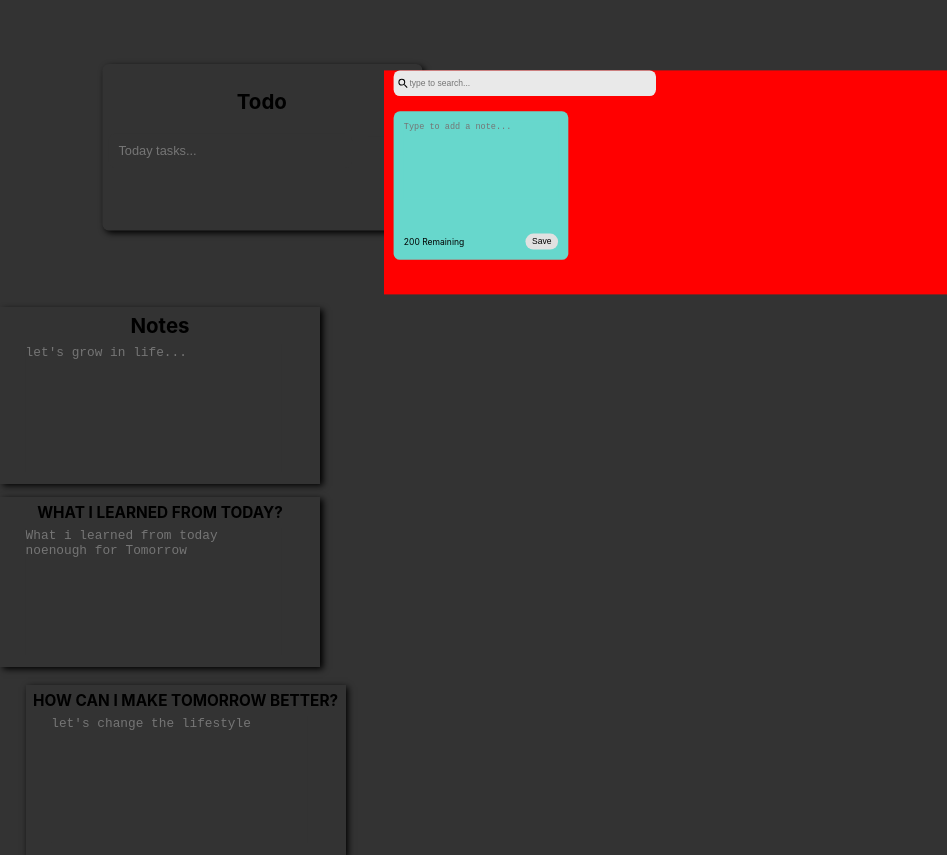
Repository: subhamRsahoo/note
Page: /
An editor plug-in stored every save of this project. The page is shown before and after a run of saves, followed by the edit.
The browser window is 768 px wide. The page is 1480 px wide, then 1030 px, so the pictures cover 1480 px, including what lies to the right of the window. The pictures show the whole page, at 64% of full size.
The project was rebuilt for these pictures with package versions that can differ from the ones it lists, and the page was loaded fresh each time. Also part of the build but not shown: src/components/New folder/components/Note.js.

Above is the page before, as saved 2021-07-15 18:52:43.

After the next 2 saves:
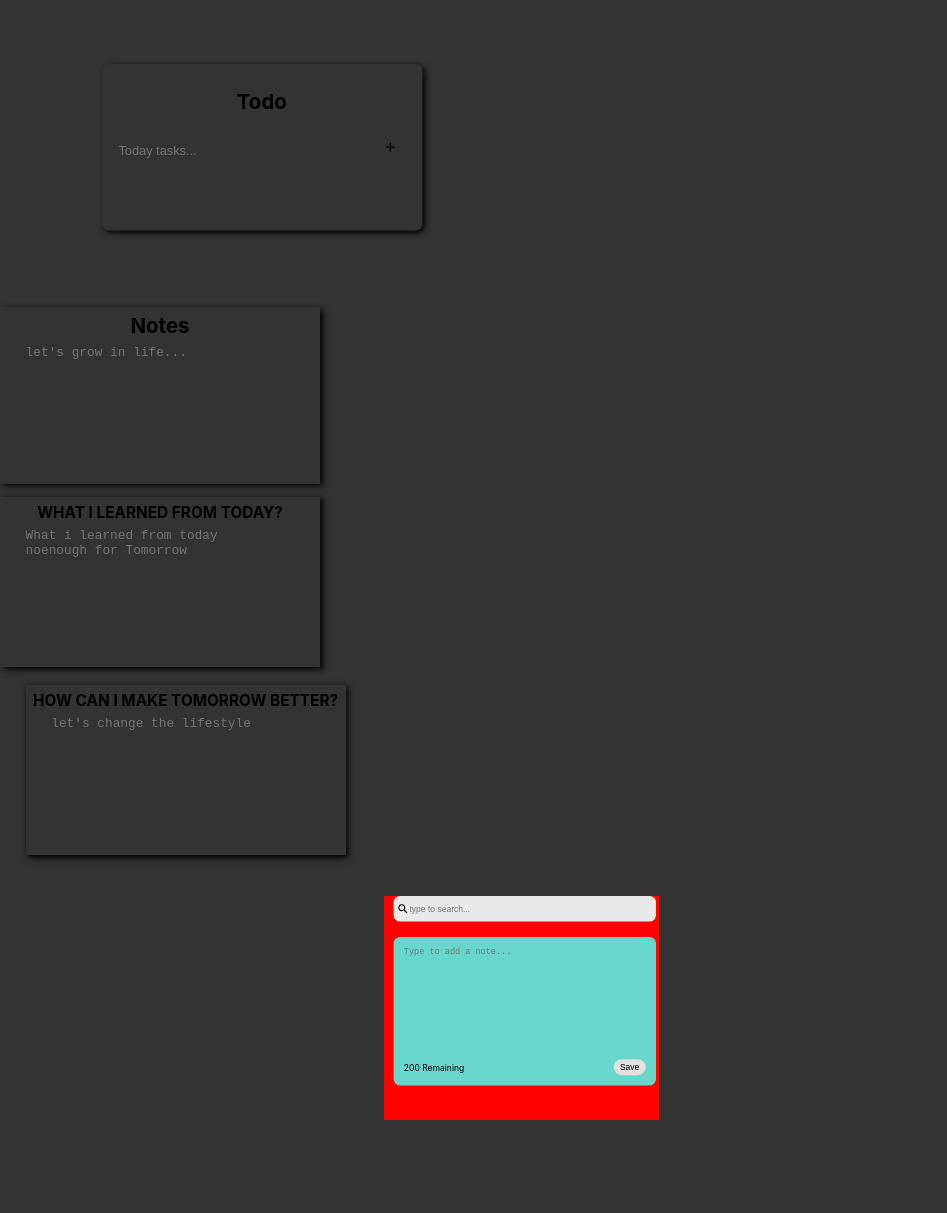
The 2 saves are shown as one change because they came seconds apart.
The last was saved 14 s later.
--- a/src/components/New folder/index.css
+++ b/src/components/New folder/index.css
@@ -129,10 +129,10 @@ textarea:focus {
 	.container1
 	{
 		align-items: center;
-		/* position: relative;
+		position: relative;
 		top: 700px;
 		width: 400px;
-		left: 30px; */
+		/* left: 30px; */
 		background-color: red;
 	}
 
